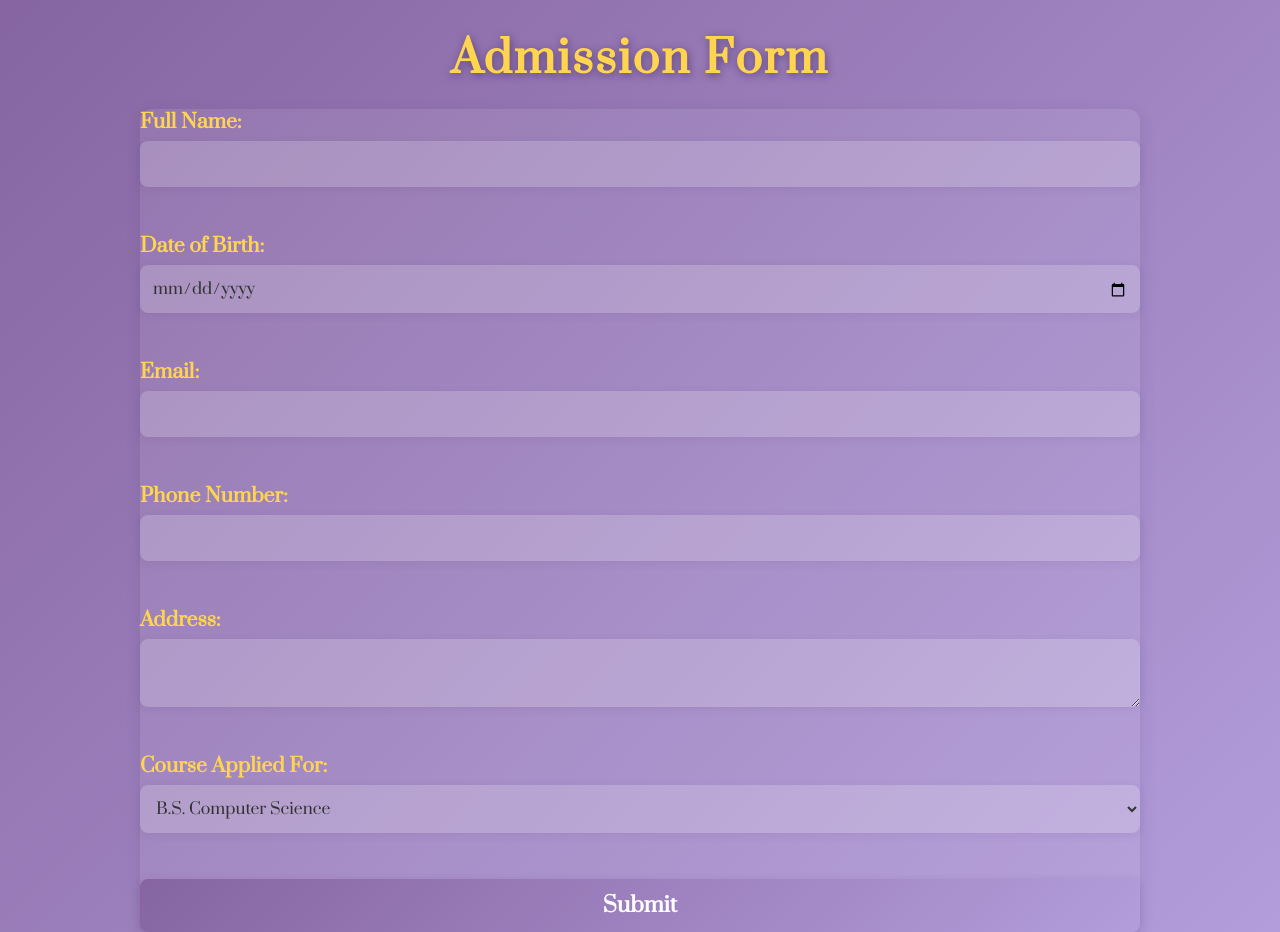
Repository: moinakhere/kelani_university
Page: admission.html
An editor plug-in stored every save of this project. The page is shown before and after the next save, followed by the edit.
The browser window is 1280 px wide. The pictures show the whole page.

Above is the page before, as saved 2025-08-04 21:57:20.

### admission.html
<!DOCTYPE html>
<html>
<head>
    <meta charset="UTF-8">
    <meta name="viewport" content="width=device-width, initial-scale=1.0">
    <link rel="stylesheet" href="css/comppage.css">
</head>
<body class="form-body">
    <h1 class="form-head">Admission Form</h1>
    <form class="form">
        <label for="fullname">Full Name:</label>
        <input type="text" id="fullname" name="fullname" required><br><br>

        <label for="dob">Date of Birth:</label>
        <input type="date" id="dob" name="dob" required><br><br>

        <label for="email">Email:</label>
        <input type="email" id="email" name="email" required><br><br>

        <label for="phone">Phone Number:</label>
        <input type="tel" id="phone" name="phone" required><br><br>

        <label for="address">Address:</label>
        <textarea id="address" name="address" required></textarea><br><br>

        <label for="course">Course Applied For:</label>
        <select>
            <option value="compsc">B.S. Computer Science</option>
            <option value="math">B.S. Mathematics</option>
            <option value="bot">B.S. Botany</option>
            <option value="zoo">B.S. Zoology</option>
            <option value="phy">B.S. Physics</option>
            <option value="chem">B.S. Chemistry</option>
            <option value="stat">B.S. Statistics</option>
        </select><br><br>

        <input type="submit" value="Submit">
    </form>
</body>
</html>

### css/comppage.css
@import url('https://fonts.googleapis.com/css2?family=Courier+Prime:ital,wght@0,400;0,700;1,400;1,700&display=swap');
@import url('https://fonts.googleapis.com/css2?family=Courier+Prime:ital,wght@0,400;0,700;1,400;1,700&family=Prata&display=swap');
/*
Comp Pages CSS
*/
body {
    background: linear-gradient(135deg, #8665A1 0%, #B39DDB 100%);
    color: #fff;
    font-family: 'Courier Prime', monospace;
    margin: 0;
    padding: 0;
    height: 100%;
}

.container {
    max-width: 800px;
    margin: 40px auto;
    background: rgba(4, 207, 190, 0.9);
    border-radius: 18px;
    box-shadow: 0 8px 32px rgba(60, 40, 90, 0.25);
    padding: 40px 32px;
}

h1 {
    font-size: 5em;
    margin-bottom: 0.5em;
    letter-spacing: 2px;
    text-align: center;
    color: #FFD54F;
    text-shadow: 1px 2px 8px #5e437a;
}

p {
    font-size: 1.5em;
    line-height: 1.25;
    margin-bottom: 1.2em;
}

li {
    font-size: 1.5em;
    line-height: 1.25;
    margin-bottom: 1.2em;
}

@media (max-width: 600px) {
    .container {
        padding: 18px 8px;
    }

    h1 {
        font-size: 2em;
    }

    p {
        font-size: 1em;
    }
}
/*
Admission Form CSS
*/
.form {
    display: flex;
    flex-direction: column;
    background: rgba(255,255,255,0.08);
    max-width: 1000px;
    max-height: none;
    border-radius: 12px;
    box-shadow: 0 4px 16px rgba(60, 40, 90, 0.12);
    margin: 0px auto;
}

.form label {
    font-size: 1.1em;
    color: #FFD54F;
    margin-bottom: 6px;
    font-weight: bold;
}

.form input,
.form textarea,
.form select {
    padding: 12px;
    border-radius: 8px;
    border: none;
    font-size: 0.9em;
    font-family: inherit;
    background: rgba(255,255,255,0.18);
    color: #333;
    transition: background 0.2s, box-shadow 0.2s;
    box-shadow: 0 2px 8px rgba(60, 40, 90, 0.08);
}

.form input:focus,
.form textarea:focus,
.form select:focus {
    background: #fff;
    outline: none;
    box-shadow: 0 0 0 2px #8665A1;
}

.form button,
.form input[type="submit"] {
    padding: 12px 24px;
    border-radius: 8px;
    border: none;
    background: linear-gradient(135deg, #8665A1 0%, #B39DDB 100%);
    color: #fff;
    font-size: 1.2em;
    font-weight: bold;
    cursor: pointer;
    transition: background 0.2s, box-shadow 0.2s;
    box-shadow: 0 2px 8px rgba(60, 40, 90, 0.15);
}

.form button:hover,
.form input[type="submit"]:hover {
    background: linear-gradient(135deg, #B39DDB 0%, #8665A1 100%);
    box-shadow: 0 4px 16px rgba(60, 40, 90, 0.18);
}
.form-body {
    background: linear-gradient(135deg, #8665A1 0%, #B39DDB 100%);
    color: #fff;
    font-family: "Prata",serif;
    font-size: 1.1em;
    margin: 0;
    padding: 0;
    height: 100%;
}
.form-head {
    text-align: center;
    font-size: 2.5em;
    margin-bottom: 20px;
    color: #FFD54F;
    text-shadow: 1px 2px 8px #5e437a;
}

After the next save:
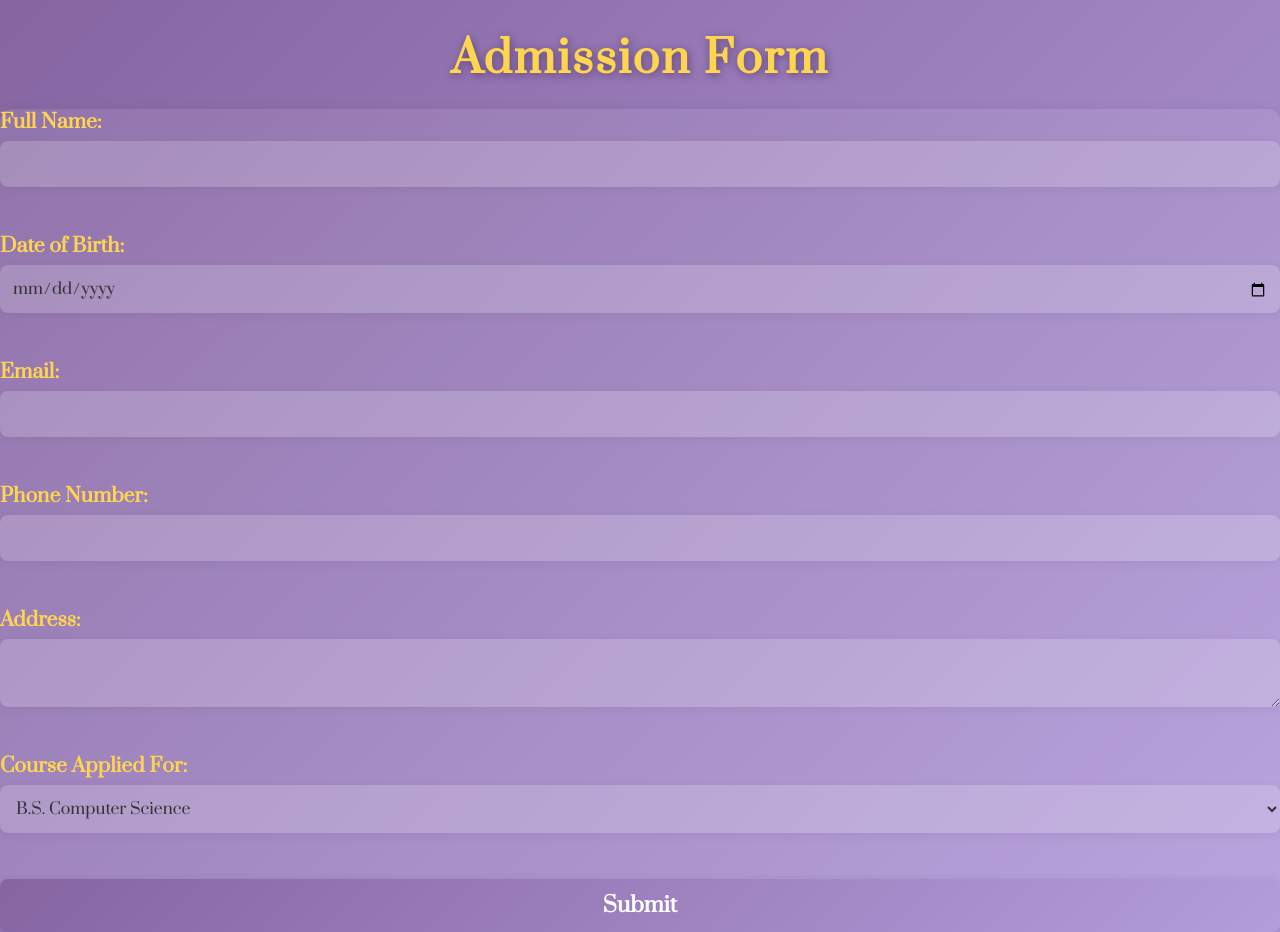
Saved 2 min 44 s later.
--- a/css/comppage.css
+++ b/css/comppage.css
@@ -62,7 +62,7 @@
     display: flex;
     flex-direction: column;
     background: rgba(255,255,255,0.08);
-    max-width: 1000px;
+    max-width: 6000px;
     max-height: none;
     border-radius: 12px;
     box-shadow: 0 4px 16px rgba(60, 40, 90, 0.12);

After the 3 saves that followed:
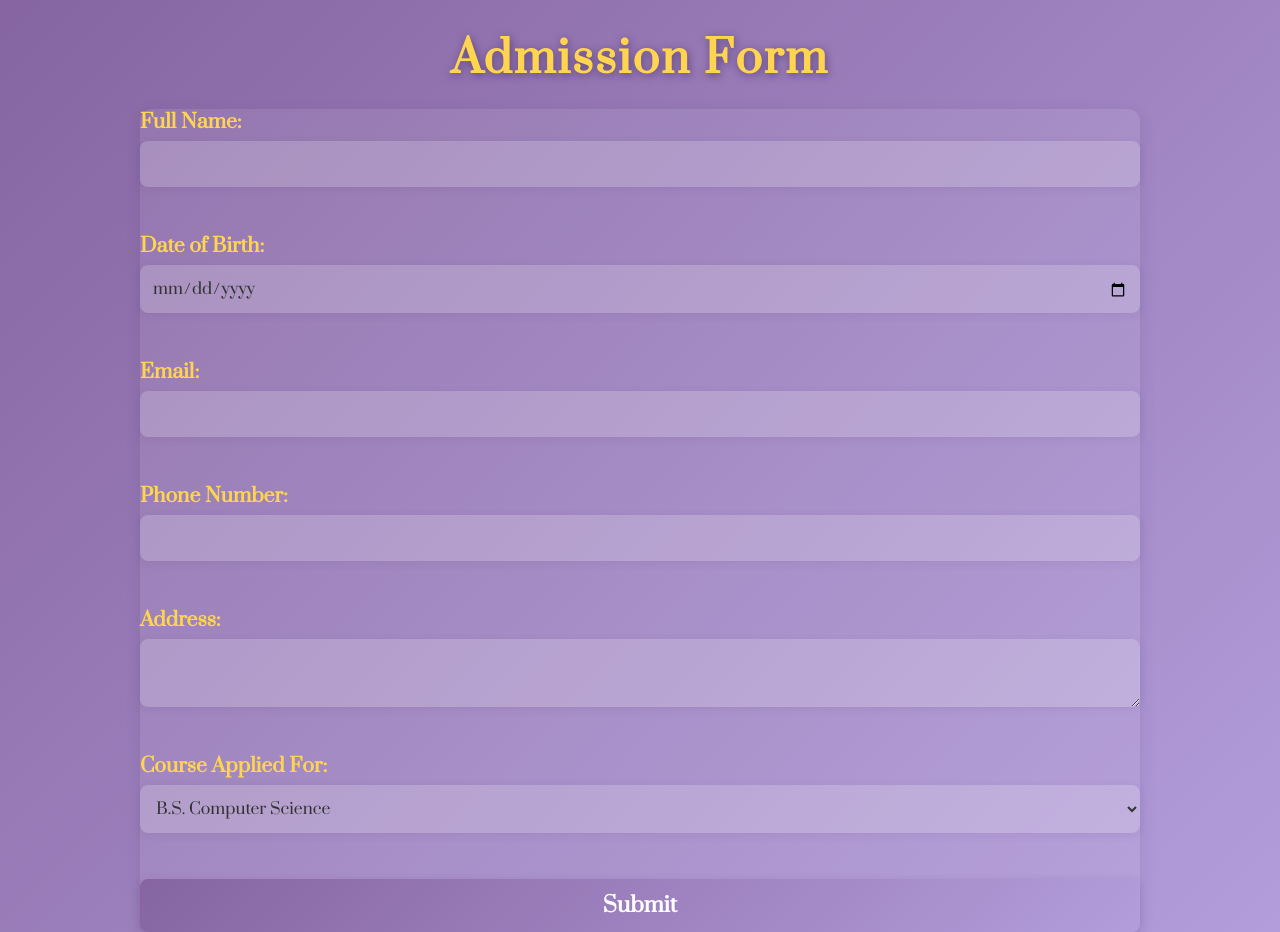
The 3 saves are shown as one change because 2 left the picture as it was.
The last was saved 8 min 55 s later.
--- a/css/comppage.css
+++ b/css/comppage.css
@@ -62,7 +62,7 @@
     display: flex;
     flex-direction: column;
     background: rgba(255,255,255,0.08);
-    max-width: 6000px;
+    max-width: 1000px;
     max-height: none;
     border-radius: 12px;
     box-shadow: 0 4px 16px rgba(60, 40, 90, 0.12);
